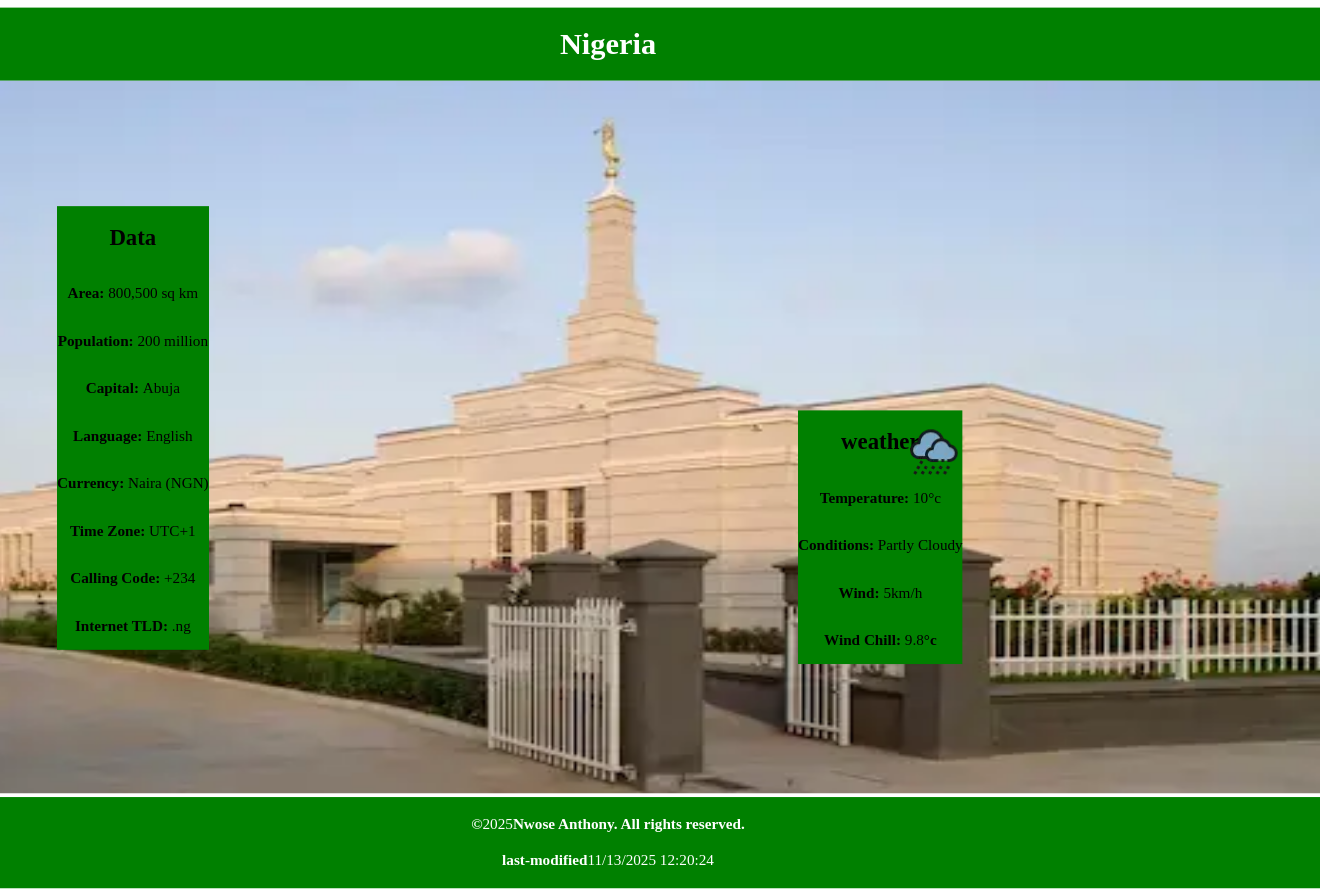
Repository: NoblesNigeria/wdd131
Page: place.html
The author's editor kept a copy of each file at every save. The page is drawn from the files as they stood at one save, then again after the next save.
The browser window is 1280 px wide. The page is 1390 px wide, so the pictures cover 1390 px, including what lies to the right of the window. The pictures show the whole page, at 95% of full size.

Above is the page before, as saved 2025-11-13 13:54:49.

### place.html
<!DOCTYPE html>
<html lang="en">
<head>
    <meta charset="UTF-8">
    <meta name="viewport" content="width=device-width, initial-scale=1.0">
    <meta name="description" content="This page is showing the weather conditions of the temple area in Nigeria.">
    <meta name="author" content="Nwose Anthony">
    <title>country page</title>
    <link rel="stylesheet" href="styles/place.css">
    <link rel="stylesheet" href="styles/place-large.css" >
    <script src="scripts/place.js" defer></script>
    <link rel="preconnect" href="https://fonts.googleapis.com">
    <link rel="preconnect" href="https://fonts.gstatic.com" crossorigin>
    <link href="https://fonts.googleapis.com/css2?family=Roboto:wght@400;700&display=swap" rel="stylesheet">
</head>
<body>
    <header>
         <h1>Nigeria</h1>
    </header>
    <main>
        <div>
            <picture class="hero">
                <source srcset="images/hero-large.webp" media="min-width: 1000px">
                <source srcset="images/hero-medium.webp" media="min-width: 550px">
                <img src="images/hero-small.webp" alt="Aba Nigeria Temple" width="1500" height="750">
            </picture>
            <figure class="content">
                <h2>weather</h2>
                <img src="images/rain-weather-icon.webp" alt="weather icon" width="50px" height="auto">
                <p>Temperature: <span id="temperature"></span></p>
                <p>Conditions: <span id="conditions"></span></p>
                <p>Wind: <span id="wind-speed"></span></p>
                <p>Wind Chill: <span id="wind-chill"></span>°c</p>
            </figure>
            <figure class="place-info">
                <h2>Data</h2>
                <p>Area: <span>800,500 sq km</span></p>
                <p>Population: <span>200 million</span></p>
                <p>Capital: <span>Abuja</span></p>
                <p>Language: <span>English</span></p>
                <p>Currency: <span>Naira (NGN)</span></p>
                <p>Time Zone: <span>UTC+1</span></p>
                <p>Calling Code: <span>+234</span></p>
                <p>Internet TLD: <span>.ng</span></p>
            </figure>
        </div>
    </main>
    <footer>
        <p>&copy; <span id="current-year"></span> Nwose Anthony. All rights reserved.</p>
        <p>last-modified <span id="last-modified"></span></p>
    </footer>
</body>
</html>

### styles/place.css
body{
        display: grid;
        grid-template-columns: 1fr;
        justify-content: center;

    }
header{
    display: flex;
    justify-content: center;
    padding: var(--padding);
    font-size: 2rem;
    color: white;
    align-items: center;
    background-color: black;
}
.content{
    display: flex;
    flex-direction: column;
    justify-content: center;
    align-items: center;
    font-size: var(--font-size);
    background-color: green;
}
.place-info{
    display: flex;
    flex-direction: column;
    justify-content: center;
    align-items: center;
    font-size: var(--font-size);
    background-color: green;
}
.content img::after{
    top: 20px;
    right: 5px;
    position: absolute;
}

footer{
    display: flex;
    justify-content: center;
    padding: var(--padding);
    font-size: 1rem;
    color: white;
    align-items: center;
    background-color: black;
    flex-direction: column;
}
@media screen and(min-width:40rem){
    body{
        grid-template-columns: 1fr;

    }
}

### styles/place-large.css
:root{
    --font-size: 1rem;
    --padding: 10px;

}
body{
    display: grid;
    grid-template-columns: 1fr;
    justify-content: center;
}
header{
    display: grid;
    grid-template-columns: 1fr;
    background-color: green;
}
header h1{
    display: flex;
    justify-content: center;
    margin: 0;
    padding: var(--padding);
    font-size: 2rem;
    color: white;
    align-items: center;
}

div{
    display: grid;
    grid-template-columns: 1fr 1fr auto;
}
.hero{
    width: 100%;
    height: auto;
}
.content{
    position: absolute;
    bottom: 5px;
    left: 800px;
    font-size: var(--font-size);
    background-color: green;
}
.content img{
    top: 20px;
    right: 5px;
    position: absolute;
}
p{
    font-weight: bold;
}
p span{
    font-weight: normal;
}
.place-info{
    position: absolute;
    bottom: 5px;
    left: 20px;;
    font-size: var(--font-size);
    background-color: green;
    bottom: 20px;
}
footer{
    display: grid;
    grid-template-columns: 1fr;
    background-color: green;
}
footer p{
    display: flex;
    justify-content: center;
    margin: 0;
    padding: var(--padding);
    font-size: 1rem;
    color: white;
    align-items: center;
}

### scripts/place.js
// Set current year in footer
document.getElementById('current-year').textContent = new Date().getFullYear();
// Set last modified date in footer
document.getElementById('last-modified').textContent = document.lastModified;

let tem= "10°c";
let cond= "Partly Cloudy";
let windSpd= "5km/h";
let windChill= "9.8°c";
document.getElementById('temperature').textContent = tem;
document.getElementById('conditions').textContent = cond;
document.getElementById('wind-speed').textContent = windSpd;

function calculateWindChill(t, s) {
    let wc = 13.12 + (0.6215 * 10) - (11.37*(5**0.16 )) + (0.3965 * 10 * (5**0.16));
    return wc.toFixed(1);
}
document.getElementById('wind-chill').textContent = calculateWindChill(10, 5);

After the next save:
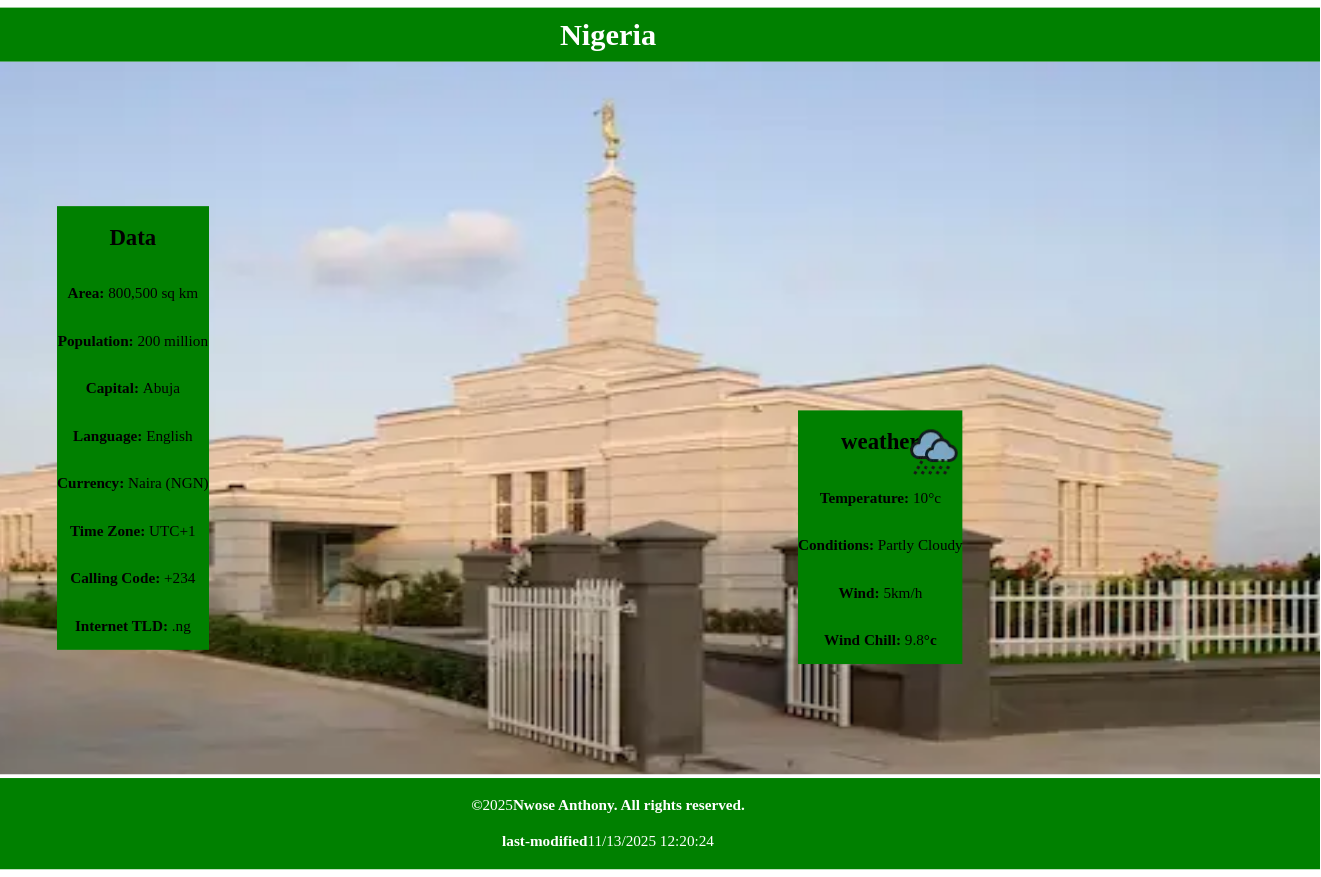
Saved 3 min 43 s later.
--- a/styles/place.css
+++ b/styles/place.css
@@ -4,15 +4,7 @@ body{
         justify-content: center;
 
     }
-header{
-    display: flex;
-    justify-content: center;
-    padding: var(--padding);
-    font-size: 2rem;
-    color: white;
-    align-items: center;
-    background-color: black;
-}
+
 .content{
     display: flex;
     flex-direction: column;
